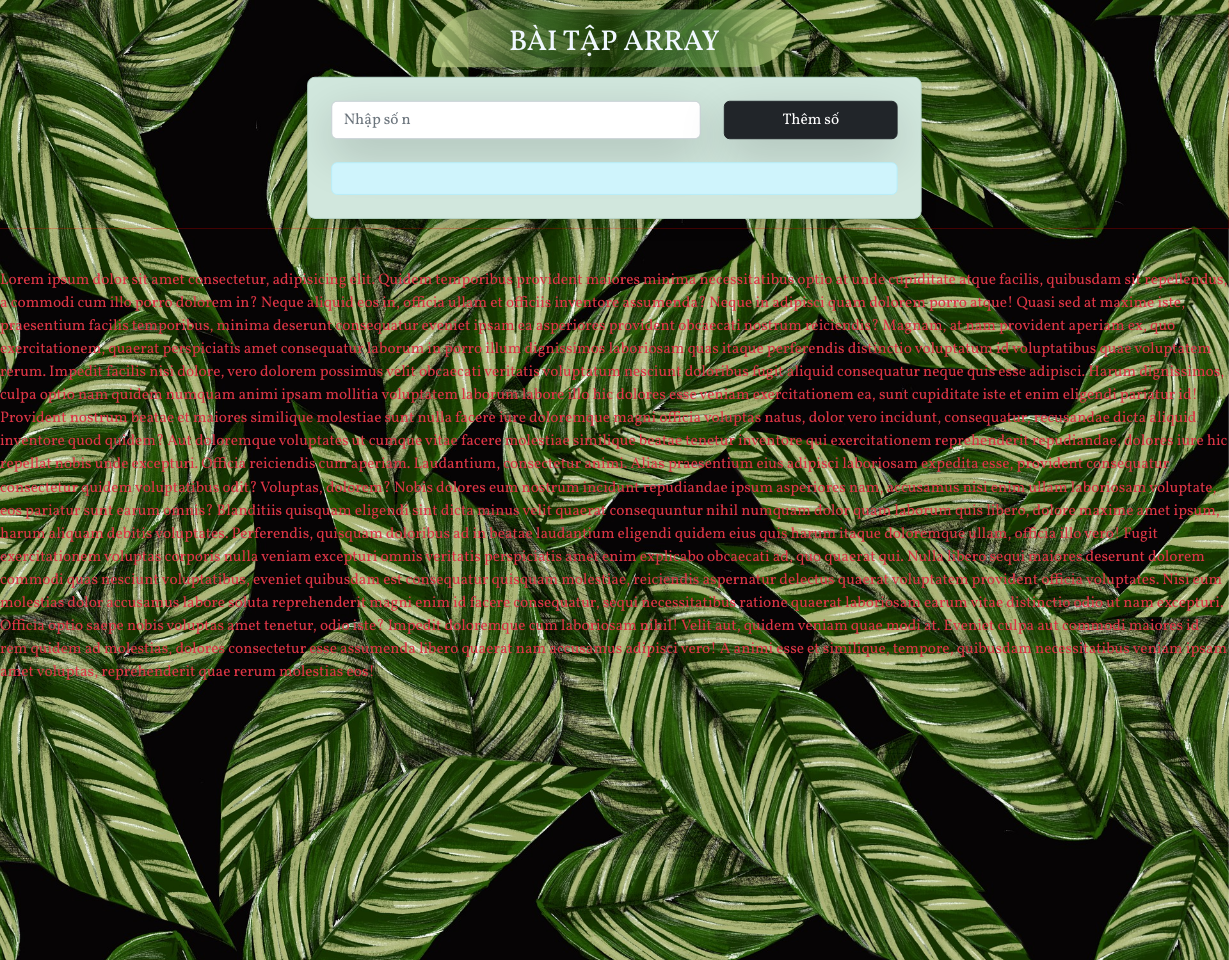
Repository: hcozyph/TranHuuPhuoc_BC43_BT_JS_Buoi7_8_ARRAY
Page: index.html
The author's editor kept a copy of each file at every save. The page is drawn from the files as they stood at one save, then again after the next save.
The browser window is 1280 px wide. The pictures show the whole page, at 96% of full size.
Backgrounds fixed to the window are drawn as part of the page.

Above is the page before, as saved 2023-02-21 16:38:37.

### index.html
<!DOCTYPE html>
<html lang="en">
    <head>
        <title>BT Array</title>
        <!-- Required meta tags -->
        <meta charset="utf-8" />
        <meta
            name="viewport"
            content="width=device-width, initial-scale=1, shrink-to-fit=no"
        />
        <!-- font -->
        <link rel="preconnect" href="https://fonts.googleapis.com" />
        <link rel="preconnect" href="https://fonts.gstatic.com" crossorigin />
        <link
            href="https://fonts.googleapis.com/css2?family=Fraunces:ital,opsz,wght@0,9..144,600;0,9..144,700;1,9..144,300;1,9..144,400;1,9..144,500;1,9..144,600;1,9..144,700;1,9..144,800&family=Vollkorn:ital,wght@0,400;0,500;0,600;0,700;0,800;0,900;1,400;1,500;1,600;1,700;1,800;1,900&display=swap"
            rel="stylesheet"
        />
        <!-- Bootstrap CSS v5.2.1 -->
        <link
            href="https://cdn.jsdelivr.net/npm/bootstrap@5.2.1/dist/css/bootstrap.min.css"
            rel="stylesheet"
            integrity="sha384-iYQeCzEYFbKjA/T2uDLTpkwGzCiq6soy8tYaI1GyVh/UjpbCx/TYkiZhlZB6+fzT"
            crossorigin="anonymous"
        />

        <!-- index.css -->
        <link rel="stylesheet" href="./css/index.css" />
    </head>

    <body>
        <div class="container">
            <div class="bt-array-top">
                <div class="bt-array-title pt-2 shadow-lg">
                    <h1
                        class="text-center shadow-lg p-2"
                        ;
                        style="font-size: 30px"
                    >
                        BÀI TẬP ARRAY
                    </h1>
                </div>

                <div
                    id="mainArray"
                    class="alert alert-success w-50 text-center rounded-3 shadow p-4"
                    style="margin: 10px auto"
                >
                    <div class="row row-cols-3">
                        <div class="col-8">
                            <input
                                id="user-input"
                                type="number"
                                class="form-control shadow-lg py-2"
                                placeholder="Nhập số n"
                                style="height: 100%"
                            />
                        </div>
                        <div class="col">
                            <button
                                id="user-btn"
                                class="btn btn-dark shadow-lg"
                                style="height: 100%; width: 100%"
                            >
                                Thêm số
                            </button>
                        </div>
                    </div>

                    <div
                        class="alert alert-info mt-4 mb-0"
                        style="display: block"
                        role="alert"
                    >
                        <span id="user-array" style="display: block"></span>
                    </div>
                </div>
            </div>

            <div class="bt-array-content">
                <div class="text-danger">
                    Lorem ipsum dolor sit amet consectetur, adipisicing elit.
                    Quidem temporibus provident maiores minima necessitatibus
                    optio at unde cupiditate atque facilis, quibusdam sit
                    repellendus, a commodi cum illo porro dolorem in? Neque
                    aliquid eos in, officia ullam et officiis inventore
                    assumenda? Neque in adipisci quam dolorem porro atque! Quasi
                    sed at maxime iste, praesentium facilis temporibus, minima
                    deserunt consequatur eveniet ipsam ea asperiores provident
                    obcaecati nostrum reiciendis? Magnam, at nam provident
                    aperiam ex, quo exercitationem, quaerat perspiciatis amet
                    consequatur laborum in porro illum dignissimos laboriosam
                    quas itaque perferendis distinctio voluptatum id
                    voluptatibus quae voluptatem rerum. Impedit facilis nisi
                    dolore, vero dolorem possimus velit obcaecati veritatis
                    voluptatum nesciunt doloribus fugit aliquid consequatur
                    neque quis esse adipisci. Harum dignissimos, culpa optio nam
                    quidem numquam animi ipsam mollitia voluptatem laborum
                    labore illo hic dolores esse veniam exercitationem ea, sunt
                    cupiditate iste et enim eligendi pariatur id! Provident
                    nostrum beatae et maiores similique molestiae sunt nulla
                    facere iure doloremque magni officia voluptas natus, dolor
                    vero incidunt, consequatur, recusandae dicta aliquid
                    inventore quod quidem? Aut doloremque voluptates ut cumque
                    vitae facere molestiae similique beatae tenetur inventore
                    qui exercitationem reprehenderit repudiandae, dolores iure
                    hic repellat nobis unde excepturi. Officia reiciendis cum
                    aperiam. Laudantium, consectetur animi. Alias praesentium
                    eius adipisci laboriosam expedita esse, provident
                    consequatur consectetur quidem voluptatibus odit? Voluptas,
                    dolorem? Nobis dolores eum nostrum incidunt repudiandae
                    ipsum asperiores nam, accusamus nisi enim ullam laboriosam
                    voluptate, eos pariatur sunt earum omnis? Blanditiis
                    quisquam eligendi sint dicta minus velit quaerat
                    consequuntur nihil numquam dolor quam laborum quis libero,
                    dolore maxime amet ipsum, harum aliquam debitis voluptates.
                    Perferendis, quisquam doloribus ad in beatae laudantium
                    eligendi quidem eius quis harum itaque doloremque ullam,
                    officia illo vero! Fugit exercitationem voluptas corporis
                    nulla veniam excepturi omnis veritatis perspiciatis amet
                    enim explicabo obcaecati ad, quo quaerat qui. Nulla libero
                    sequi maiores deserunt dolorem commodi quas nesciunt
                    voluptatibus, eveniet quibusdam est consequatur quisquam
                    molestiae, reiciendis aspernatur delectus quaerat voluptatem
                    provident officia voluptates. Nisi eum molestias dolor
                    accusamus labore soluta reprehenderit magni enim id facere
                    consequatur, sequi necessitatibus ratione quaerat laboriosam
                    earum vitae distinctio odio ut nam excepturi. Officia optio
                    saepe nobis voluptas amet tenetur, odio iste? Impedit
                    doloremque cum laboriosam nihil! Velit aut, quidem veniam
                    quae modi at. Eveniet culpa aut commodi maiores id rem
                    quidem ad molestias, dolores consectetur esse assumenda
                    libero quaerat nam accusamus adipisci vero! A animi esse et
                    similique, tempore, quibusdam necessitatibus veniam ipsam
                    amet voluptas, reprehenderit quae rerum molestias eos!
                </div>
                <div class="bt1"></div>
            </div>
        </div>

        <!-- Bootstrap JavaScript Libraries -->
        <script
            src="https://cdn.jsdelivr.net/npm/@popperjs/core@2.11.6/dist/umd/popper.min.js"
            integrity="sha384-oBqDVmMz9ATKxIep9tiCxS/Z9fNfEXiDAYTujMAeBAsjFuCZSmKbSSUnQlmh/jp3"
            crossorigin="anonymous"
        ></script>

        <script
            src="https://cdn.jsdelivr.net/npm/bootstrap@5.2.1/dist/js/bootstrap.min.js"
            integrity="sha384-7VPbUDkoPSGFnVtYi0QogXtr74QeVeeIs99Qfg5YCF+TidwNdjvaKZX19NZ/e6oz"
            crossorigin="anonymous"
        ></script>

        <!-- method.js -->
        <link rel="stylesheet" href="./js/method.js" />

        <!-- index.js -->
        <script src="./js/index.js"></script>
    </body>
</html>

### css/index.css
* {
    margin: 0;
    padding: 0;
    box-sizing: border-box;
    font-family: "Fraunces", serif;
    font-family: "Vollkorn", serif;
}

.container {
    margin: 0 auto;
    max-width: 1440px;
    overflow: hidden;
    padding: 0;

    background-image: url(../img/2.jpg);
    background-size: cover;
    background-position: inherit;
    background-repeat: no-repeat;
    background-attachment: fixed;

    height: 1000px;
    position: relative;
}

.bt-array-title {
    display: block;
    width: 380px;
    margin: 0 auto;
    border-radius: 80px 10px 80px 10px;

    font-size: 40px;
    font-weight: 700;
    /* background-color: red; */
    color: aliceblue;
    background: rgb(156, 173, 110);
    background: linear-gradient(
        90deg,
        rgba(198, 219, 142, 0.75) 0%,
        rgba(156, 173, 110, 0.75) 10%,
        rgba(60, 94, 39, 0.75) 25%,
        rgba(68, 112, 49, 0.75) 29%,
        rgba(27, 57, 5, 0.75) 49%,
        rgba(66, 114, 50, 0.75) 63%,
        rgba(90, 139, 69, 0.75) 74%,
        rgba(184, 203, 130, 0.75) 95%
    );
}

.bt-array-top {
    position: fixed;
    width: 100%;
    padding-top: 10px;
    background-color: red;

    background-image: url(../img/2.jpg);
    background-size: cover;
    background-position: inherit;
    background-repeat: no-repeat;
    background-attachment: fixed;
}

.bt-array-content {
    padding-top: 280px;
}

### js/index.js
/*create-array*/
var mainArray = [];

document.getElementById('user-btn').onclick = function(){
    //input: userInput
    var userInput = Number(document.getElementById('user-input').value);

    //output: mainArray

    //process
    mainArray.push(userInput);

    document.getElementById('user-array').innerHTML = mainArray;


}




/*End-create-array*/

Loaded but not shown: js/method.js (no stored copy; drawn as an empty file)

After the next save:
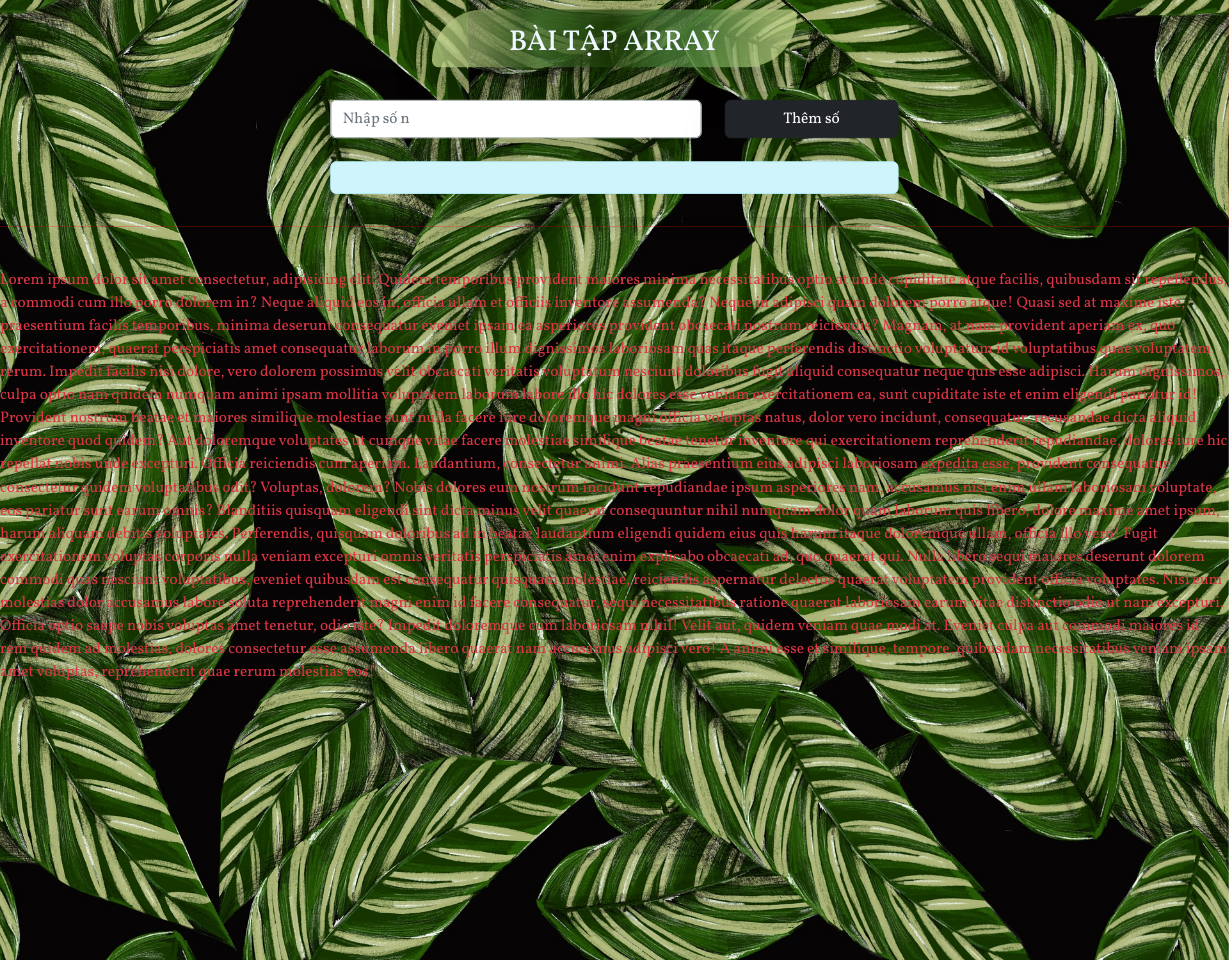
Saved 3 min 21 s later.
--- a/index.html
+++ b/index.html
@@ -42,7 +42,7 @@
 
                 <div
                     id="mainArray"
-                    class="alert alert-success w-50 text-center rounded-3 shadow p-4"
+                    class="w-50 text-center rounded-3 shadow p-4"
                     style="margin: 10px auto"
                 >
                     <div class="row row-cols-3">

After the save that followed:
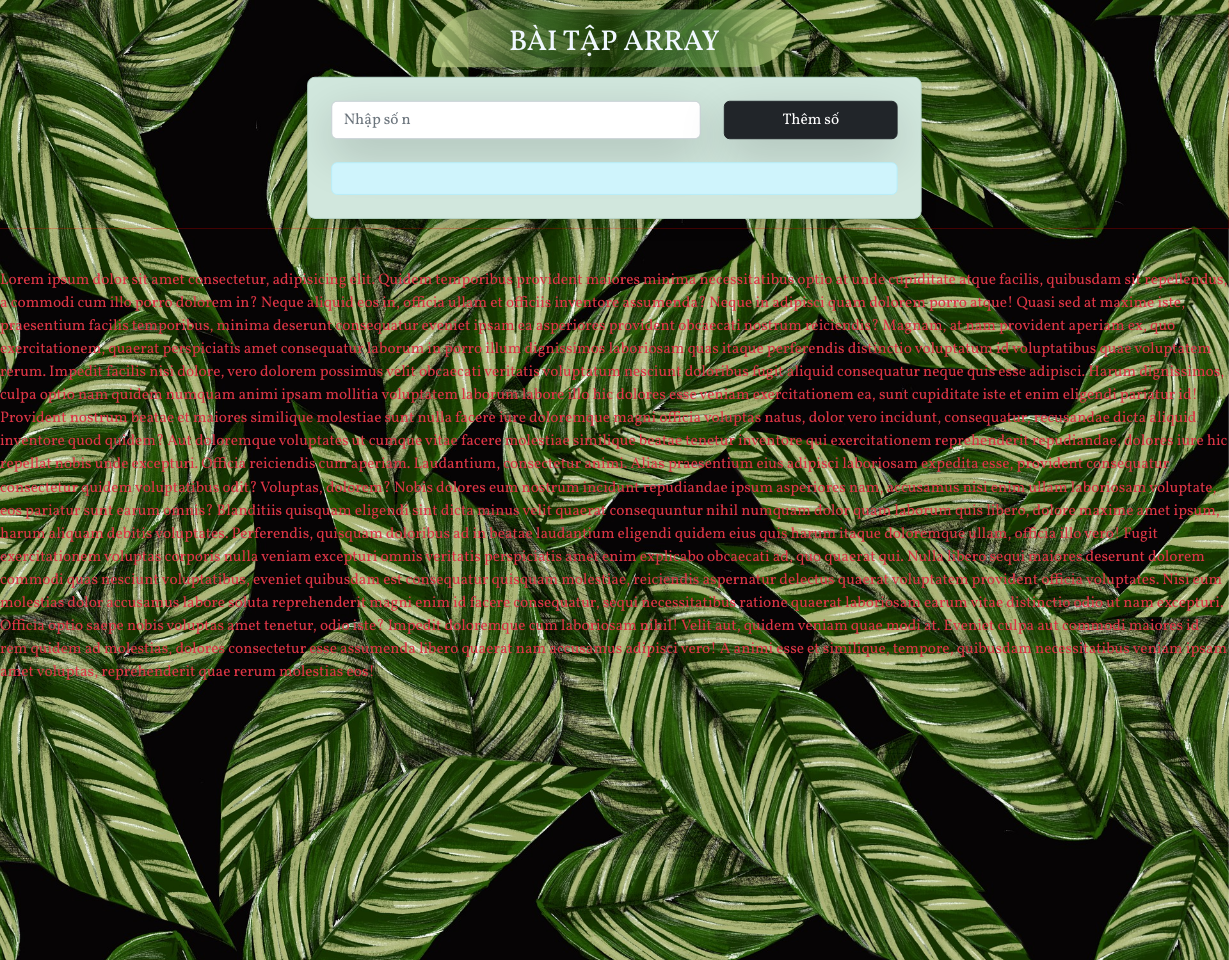
Saved 8 s later.
--- a/index.html
+++ b/index.html
@@ -42,7 +42,7 @@
 
                 <div
                     id="mainArray"
-                    class="w-50 text-center rounded-3 shadow p-4"
+                    class="alert alert-success w-50 text-center rounded-3 shadow p-4"
                     style="margin: 10px auto"
                 >
                     <div class="row row-cols-3">
